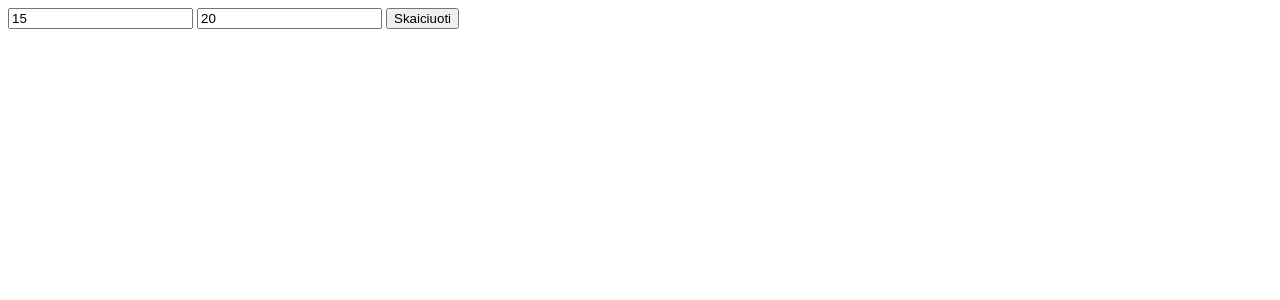
Repository: motiejus1/11-paskaita-PHP-05.31
Page: http://localhost/skaiciuotuvas.php
These files come from the project's save history. The page is drawn as it stood at one moment and after a run of saves; the edit follows.
The browser window is 1280 px wide. The pictures show the whole page.
The page is run by PHP 8.4 with error messages shown; the project is at /var/www/html/.

Above is the page before, as saved 2021-08-09 20:26:51.

After the next 7 saves:
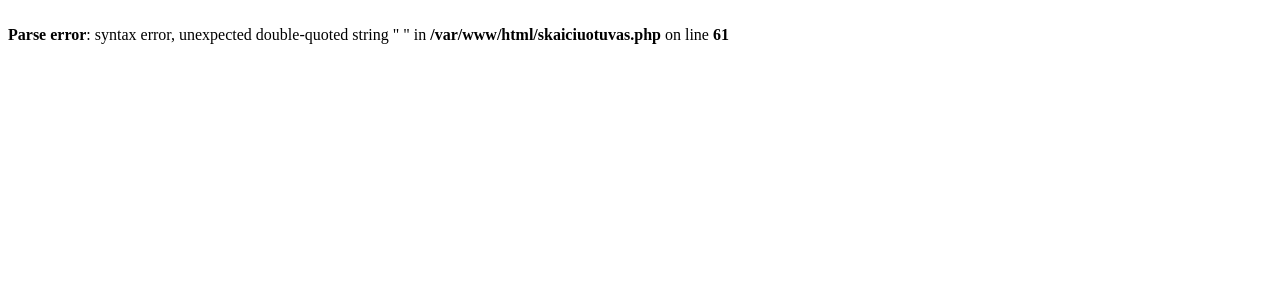
The 7 saves are shown as one change because they came seconds apart.
The last was saved 34 s later.
--- a/skaiciuotuvas.php
+++ b/skaiciuotuvas.php
@@ -58,7 +58,7 @@
     }
 
     function kelimasLaipsniu() {
-        $this->rezultatas = ($this->sk1**2)." ".($this->sk2**2);
+        $this->rezultatas = ($this->sk1)**2." ".(($this->sk2)**2);
         echo $this->rezultatas;
     }
 

After the 2 saves that followed:
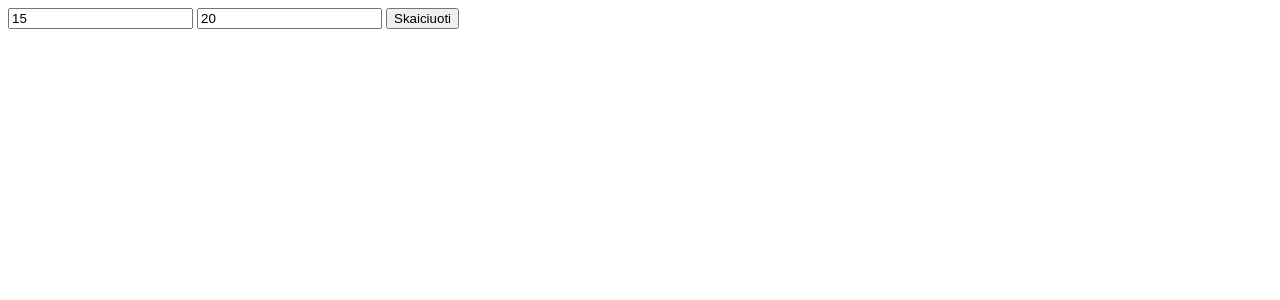
The 2 saves are shown as one change because they came seconds apart.
The last was saved 7 s later.
--- a/skaiciuotuvas.php
+++ b/skaiciuotuvas.php
@@ -58,7 +58,7 @@
     }
 
     function kelimasLaipsniu() {
-        $this->rezultatas = ($this->sk1)**2." ".(($this->sk2)**2);
+        $this->rezultatas = (($this->sk1)**2)." ".(($this->sk2)**2);
         echo $this->rezultatas;
     }
 
